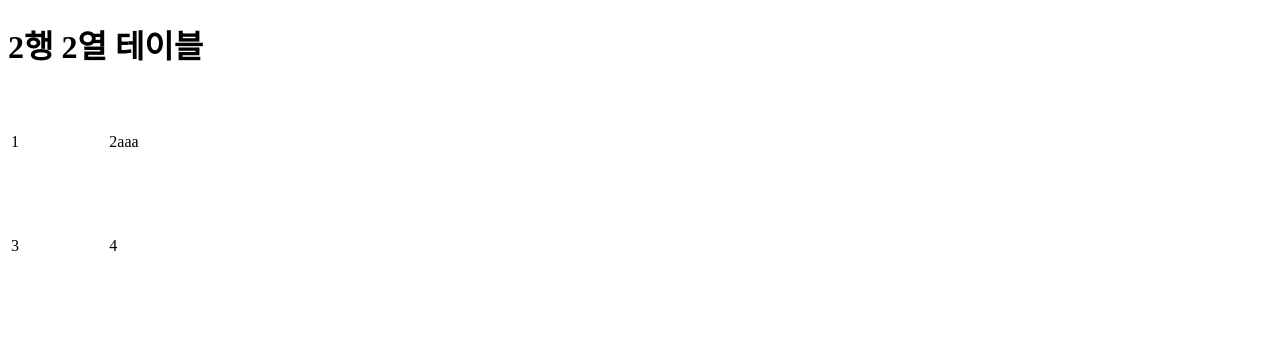
Repository: ssj5037/Class-Study
Page: [5] HTML, CSS, JavaScript/ClientTest/WebContent/Ex14_table.html
An editor plug-in stored every save of this project. The page is shown before and after the next save, followed by the edit.
The browser window is 1280 px wide. The pictures show the whole page.

Above is the page before, as saved 2020-06-19 07:18:07.

After the next save:
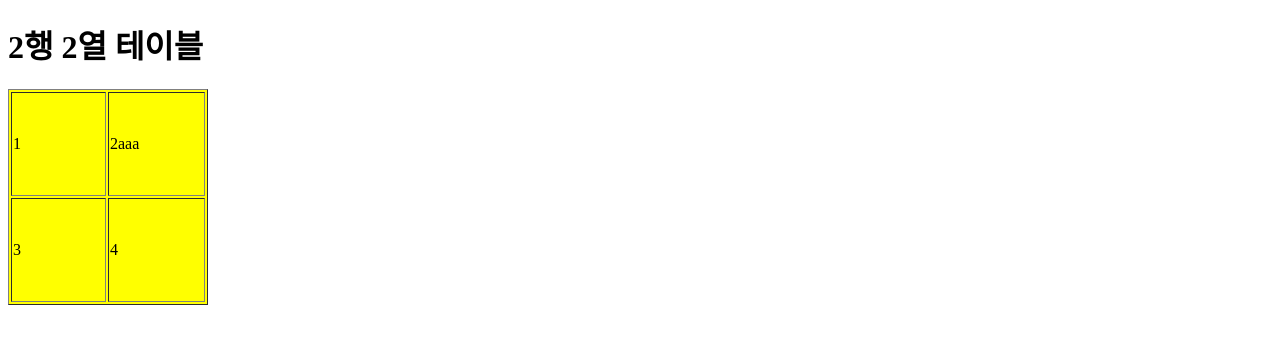
Saved 38 s later.
--- a/[5] HTML, CSS, JavaScript/ClientTest/WebContent/Ex14_table.html
+++ b/[5] HTML, CSS, JavaScript/ClientTest/WebContent/Ex14_table.html
@@ -28,7 +28,7 @@
 
 	 <h1>2행 2열 테이블</h1>
 
-	 <table border="0" width="200" height="200">
+	 <table border="1" width="200" height="200" bgcolor="yellow">
 	 	<tr>
 	 		<td width="100" height="100">1</td>
 	 		<td width="100">2aaa</td>
